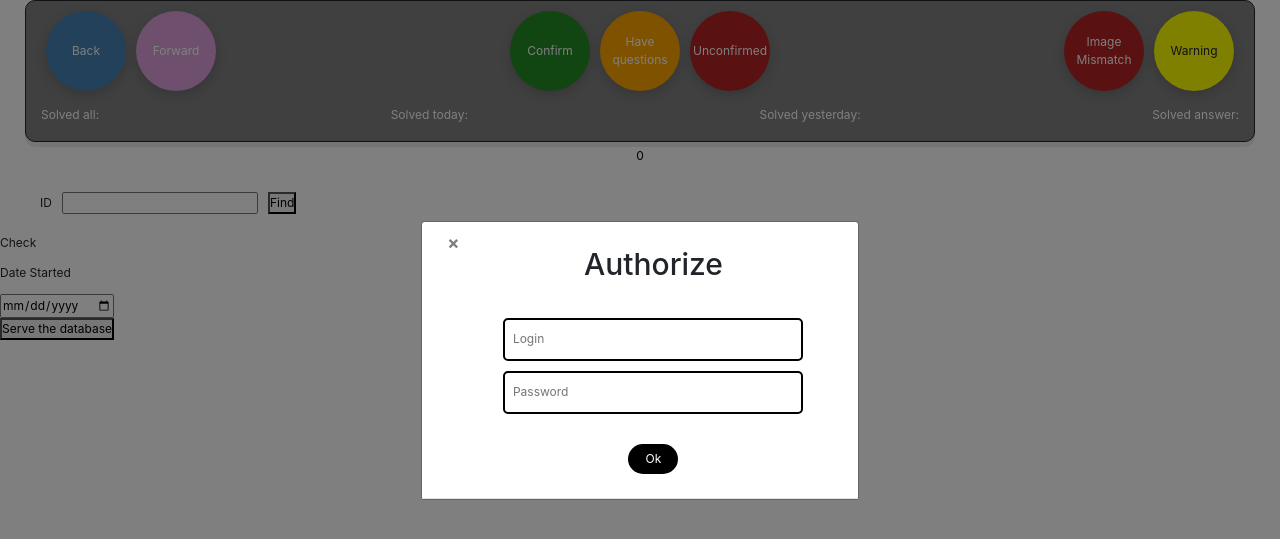
Repository: dmitryglitch/Product-Comparison
Page: /
These files come from the project's save history. The page is drawn as it stood at one moment and after the next save; the edit follows.
The browser window is 1280 px wide. The pictures show the whole page.
The page's requests for data from a server got no answer. The project was rebuilt for these pictures with package versions that can differ from the ones it lists, and the page was loaded fresh each time. No one was signed in, and anything a server would have sent is missing. Also part of the build but not shown: src/containers/App.css, src/components/Product/ProductOptions.jsx, src/components/Product/ProductImages.jsx, src/components/Product/ProductSpec.jsx, src/components/Product/Product.jsx.

Above is the page before, as saved 2020-02-17 20:18:42.

### src/index.js
import React from 'react';
import ReactDOM from 'react-dom';
import './index.css';
import App from './containers/App';
import * as serviceWorker from './serviceWorker';
import 'bootstrap/dist/css/bootstrap.min.css';
import $ from 'jquery';
import Popper from 'popper.js';
import 'bootstrap/dist/js/bootstrap.bundle.min';

import {createStore, applyMiddleware} from 'redux'
import {composeWithDevTools} from 'redux-devtools-extension';
import thunk from 'redux-thunk'

import reducer from './reducers'
import {Provider} from 'react-redux'

const store = createStore(reducer, composeWithDevTools(applyMiddleware(thunk)));

const rootElement = document.getElementById('root');
ReactDOM.render(
    <Provider store={store}>
        <App/>
    </Provider>,
    rootElement
);

// If you want your app to work offline and load faster, you can change
// unregister() to register() below. Note this comes with some pitfalls.
// Learn more about service workers: https://bit.ly/CRA-PWA
serviceWorker.unregister();

### src/index.css
html {
    height: 100vh;
    width: 100vw;
    font-size: 12px;
}

*, body {
    margin: 0;
    padding: 0;
    font-family: -apple-system, BlinkMacSystemFont, 'Segoe UI', 'Roboto', 'Oxygen',
    'Ubuntu', 'Cantarell', 'Fira Sans', 'Droid Sans', 'Helvetica Neue',
    sans-serif;
    -webkit-font-smoothing: antialiased;
    -moz-osx-font-smoothing: grayscale;
}

.root {
    display: grid;
    width: 100%;
}

code {
    font-family: source-code-pro, Menlo, Monaco, Consolas, 'Courier New',
    monospace;
}

.product-container {
    width: 100%;
    height: 100%;
    display: flex;
    justify-content: center;
    flex-direction: row;
}

.product-container-item {
    width: 50%;
    padding: 20px;
    margin: 25px;

    box-shadow: 0 5px 0 #ebebeb;
    display: flex;
    align-items: center;
    flex-direction: column;

    border: 1px solid;
    border-radius: 10px;
}


.product-container-item-name {
    width: 95%;
    height: fit-content;
    padding: 10px;

    display: flex;
    justify-content: center;
    align-items: center;
    text-align: center;
    flex-direction: column;
    box-shadow: 0 5px 0 #ebebeb;

    background-color: linen;
    border-radius: 10px;
}

/* OPTIONS */
.options-container-head {
    display: flex;
    justify-content: space-between;
    text-align: center;

    margin: 10px;
}

.options-container-head h4 {
    width: 50%;
}

.options-container {
    width: 95%;
    padding: 10px;

    display: flex;
    flex-direction: column;

    margin-top: 25px;
    background-color: aliceblue;
    border-radius: 10px;
    box-shadow: 0 5px 0 #ebebeb;
}

.options-item {
    display: flex;
    margin: 15px;
}

.options-item-name {
    width: 50%;
}

.options-item-value {
    width: 50%;
}

.options-name {
    font-weight: bold;
}

/* SPECS */
.specs-container-head {
    display: flex;
    justify-content: space-between;
    text-align: center;

    padding: 10px;
}

.specs-container-head h4 {
    width: 50%;
}

.specs-container {
    width: 95%;
    padding: 10px;

    display: flex;
    flex-direction: column;
    margin-top: 25px;

    box-shadow: 0 5px 0 #ebebeb;
    border-radius: 10px;
    background-color: lavenderblush;
}

.specs-item {
    display: flex;
    margin: 15px;
}

.specs-item-name {
    width: 50%;
}

.specs-item-value {
    width: 50%;
}

.specs-name {
    font-weight: bold;
}

.specs-notation {
    cursor: pointer;
    margin: 5px;
    text-align: center;
}

.product-container-item-name p {
    font-size: 12px;
}


.image-gallery.image-gallery-using-mouse {
    width: 100%;
}

.image-gallery-slide-wrapper.bottom {
    width: 400px;
    height: fit-content;
}

.image-gallery-content.bottom {
    position: relative;
    line-height: 0;
    top: 0;
    display: flex;
    flex-direction: column;
    align-items: center;
}

.image-gallery-thumbnails-container {
    display: flex;
    flex-wrap: wrap;
}

.image-gallery-thumbnail {
    width: 70px !important;
    height: 70px;
}

.line {
    width: 100%;
    height: 1px;
    background-color: black;
}

.image-gallery-container {
    margin: 25px;
}

.image-gallery.image-gallery-using-mouse {
    display: flex;
    justify-content: center;
    align-items: center;
}

.image-gallery-content.bottom.fullscreen {
    width: 50%;
}

.image-gallery-slide-wrapper.bottom {
    width: 100%;
}

/*BUTTON-BAR*/
.button-bar-content {
    display: flex;
    flex-direction: column;
    justify-content: space-between;
    padding: 5px 15px 5px 15px;
    margin: 0 25px 5px 25px;
    border: 1px solid;
    border-radius: 10px;
    background-color: gray;
    box-shadow: 0 5px 0 #ebebeb;
}

.button-bar-content-top {
    display: flex;
    justify-content: space-between;
}

.button-bar-content-center-bt {
    display: flex;
}

.button-bar-content-center button {
    margin: 5px;
}

.button-bar-info-content {
    text-align: center;
    color: black;
}

.button-bar-content-left button {
    width: 80px;
    height: 80px;
    margin: 5px;
    border-radius: 100px;
    cursor: pointer;
    box-shadow: 0px 4px 12px rgba(0, 0, 0, 0.17);
    border: 0;
    color: #fff;
}

.btn-back{
    background-color: steelblue;
}

.btn-forward{
    background-color: plum;
}

.btn-confirm {
    width: 80px;
    height: 80px;
    border-radius: 100px;
    background-color: forestgreen;
    cursor: pointer;
    box-shadow: 0px 4px 12px rgba(0, 0, 0, 0.17);
    border: 0;
    color: #fff;
}

.btn-questions {
    width: 80px;
    height: 80px;
    border-radius: 100px;
    background-color: orange;
    cursor: pointer;
    box-shadow: 0px 4px 12px rgba(0, 0, 0, 0.17);
    border: 0;
    color: #fff;
}

.btn-unconfirmed {
    width: 80px;
    height: 80px;
    border-radius: 100px;
    background-color: firebrick;
    cursor: pointer;
    box-shadow: 0px 4px 12px rgba(0, 0, 0, 0.17);
    border: 0;
    color: #fff;
}

.btn-warning {
    width: 80px;
    height: 80px;
    border-radius: 100px;
    background-color: yellow !important;
    cursor: pointer;
    box-shadow: 0px 4px 12px rgba(0, 0, 0, 0.17);
    border: 0;
    color: #000;
}

.btn-mismatch {
    width: 80px;
    height: 80px;
    border-radius: 100px;
    background-color: firebrick;
    cursor: pointer;
    box-shadow: 0px 4px 12px rgba(0, 0, 0, 0.17);
    border: 0;
    color: #fff;
}

.button-modal-auth {
    display: none;
}

.button-bar-content-right {
    display: flex;
}

.button-bar-content-right button {
    margin: 5px;
}

/*.button-bar-contaner {*/
/*    width: 100%;*/
/*    position: absolute;*/
/*    bottom: 0;*/
/*}*/

.logout {
    display: flex;
    justify-content: flex-end;
    align-items: center;
    padding: 10px;
}

.modal-body.modal-auth-body {
    text-align: center;
    justify-content: center;
    align-items: center;
    flex-direction: column;
    height: fit-content;
    width: 100%;
}

.auth-button {
    width: 50px;
}

.modal-body-input-form {
    display: flex;
    flex-direction: column;
    padding: 30px;
}

.modal-body-input-form input {
    width: 300px;
}

.modal-body-input-login {
    margin-bottom: 10px;
    border: 2px double;
    border-radius: 5px;
    padding: 10.5px 8px;
}

.modal-body-input-password {
    border: 2px double;
    border-radius: 5px;
    padding: 10.5px 8px;
}

.modal-auth {
    display: flex !important;
    width: 100%;
    height: 100%;
    justify-content: center;
    align-items: center;
}

.modal-auth-dialog {
    width: 500px;
}

.logout-user-name {

    margin-right: 10px;
}

.modal-header .close {
    padding: 5px;
    width: 40px;
    height: 40px;
}

.modal-body-input-form {
    display: flex;
    flex-direction: column;
    padding: 30px;
}

.modal-body-button-form button {
    width: 50px;
    background-color: #000;
    border: 0 solid transparent;
    cursor: pointer !important;
    color: #fff;
    border-radius: 100px;
    outline: none;
    height: 30px;
}

/*STATISTIC*/
.statistic-container {
    display: flex;
    justify-content: space-between;
    align-items: center;
    margin-top: 10px;
    color: #fff;
}

/* SEARCH */
.search-content {
    padding: 5px 15px 5px 15px;
    margin: 0 25px 5px 25px;
}

.search-content input{
    margin: 10px;
}

### src/reducers/index.js
import { combineReducers } from 'redux';
import product from './product';
import user from './user'

export default combineReducers({
    product,
    user
})

### src/components/ButtonBar/ButtonBar.jsx
import React from 'react'


const ButtonBar = ({
                       idCurrentCoupleProduct,
                       sendAnswerCoupleProduct,
                       getBackCoupleProducts,
                       getForwardCoupleProducts,
                       dateCoupleProducts,
                       answerUser,
                       statistics
                   }) => {

    const handleClick = (answer) => {
        sendAnswerCoupleProduct(idCurrentCoupleProduct, answer);
    };

    const handleClickOnBackButton = () => {
        getBackCoupleProducts(dateCoupleProducts)
    };

    const handleClickOnForwardButton = () => {
        getForwardCoupleProducts(dateCoupleProducts)
    };

    return (
        <>
            <div className="button-bar-content">
                <div className="button-bar-content-top">
                    <div className="button-bar-content-left">
                        <button className="btn-back" onClick={handleClickOnBackButton}>Back</button>
                        <button className="btn-forward" onClick={handleClickOnForwardButton}>Forward</button>
                    </div>
                    <div className="button-bar-content-center">
                        <div className="button-bar-content-center-bt">
                            <button className="btn-confirm" onClick={() => handleClick('confirm')}>Confirm</button>
                            <button className="btn-questions" onClick={() => handleClick('questions')}>Have questions
                            </button>
                            <button className="btn-unconfirmed" onClick={() => handleClick('unconfirmed')}>Unconfirmed
                            </button>
                        </div>
                    </div>
                    <div className="button-bar-content-right">
                        <button className="btn-mismatch" onClick={() => handleClick('unconfirmed_image')}>Image
                            Mismatch
                        </button>
                        <button className="btn-warning" onClick={() => handleClick('warning')}>Warning</button>
                    </div>
                </div>
                <div className="button-bar-content-down">
                    <div className="statistic-container">
                        <p>Solved all: {statistics.all}</p>
                        <p>Solved today: {statistics.today}</p>
                        <p>Solved yesterday: {statistics.yesterday}</p>
                        <p>Solved answer: {answerUser}</p>

                    </div>
                </div>
            </div>
            <div className="button-bar-info">
                <div className="button-bar-info-content">
                    <p>{idCurrentCoupleProduct}</p>
                </div>
            </div>
        </>
    )
};

export default ButtonBar;

### src/components/ModalAuth/ModalAuth.js
import React from "react";

class ModalAuth extends React.Component {
    state = {
        login: "",
        password: ""
    };

    authUser = () => {
        let {login, password} = this.state;
        this.props.onSendLoginUser(login, password);
    };

    handleChange = e => {
        let classNameInput = e.target.className;
        let valueInput = e.target.value;

        if (classNameInput === "modal-body-input-login") {
            this.setState({login: valueInput});
        } else {
            this.setState({password: valueInput});
        }
    };

    render() {
        return (
            <div
                className="modal fade modal-auth"
                id="modal-auth"
                tabIndex="-1"
                role="dialog"
                aria-labelledby="exampleModalLabel"
                aria-hidden="true"
                data-backdrop="static"
                data-keyboard="false"
            >
                <div className="modal-dialog modal-auth-dialog" role="document">
                    <div className="modal-content">
                        <div className="modal-header">
                            <button
                                type="button"
                                className="close"
                                data-dismiss="modal"
                                aria-label="Close"
                            >
                <span className="span-aria-hidden" aria-hidden="true">
                  &times;
                </span>
                            </button>
                            <div className="modal-body modal-auth-body">
                                <div className="modal-body-header">
                                    <h1>Authorize</h1>
                                </div>
                                <div className="modal-body-input-form">
                                    <input
                                        onChange={this.handleChange}
                                        className="modal-body-input-login"
                                        placeholder="Login"
                                        type="text"
                                    />
                                    <input
                                        onChange={this.handleChange}
                                        className="modal-body-input-password"
                                        placeholder="Password"
                                        type="password"
                                    />
                                </div>
                                <div className="modal-body-button-form">
                                    <button className="auth-button" onClick={this.authUser}>
                                        Ok
                                    </button>
                                </div>
                            </div>
                        </div>
                    </div>
                </div>
            </div>
        );
    }
}

export default ModalAuth;

### src/components/Search/Search.jsx
import React, {Component} from 'react';

class Search extends Component {
    state = {
        id: ''
    };

    handleClick = () => {
        this.props.searchCoupleProducts(this.state.id)
    };

    render() {
        return (
            <>
                <div className="search-content">
                    <span>ID</span>
                    <input onChange={(e) => { this.setState({id: e.target.value}) }} type="text"/>
                    <button onClick={this.handleClick}>Find</button>
                </div>
            </>
        )
    }

}

export default Search;

### src/components/Review/Review.js
import React, { Component } from "react";
import Inputs from "./Inputs";

class Review extends Component {
  render() {
    return (
      <>
        <div className="eview-content-head">
          <p>Check</p>
        </div>
        <div className="review-content">
          <div className="review-content-left">
            <Inputs />
            <button>Serve the database</button>
          </div>
          <div className="review-content-right"></div>
        </div>
      </>
    );
  }
}

export default Review;

### src/actions/user.js
export const sendUserLogin = (userName, password) => dispatch => {
    dispatch({type: 'SEND_LOGIN_USER_STARTED'});

    let data = new FormData();
    data.append('userName', userName);
    data.append('password', password);

    fetch(
        'http://match-dev.protarget.pro/backend/isLogined.php', {
            method: "POST",
            credentials: 'same-origin',
            headers: {Accept: "application/json"},
            body: data,
        })
        .then(res => res.json())
        .then(json => {
            console.log(json);
            if (json.result === 'ok') {
                dispatch({type: 'SEND_LOGIN_USER_SUCCESS', payload: json.userName});
                window.location.reload();
            } else {
                // console.log(json.errtext);
                alert(json.errtext)
            }
        })
        .catch(error => dispatch({type: 'SEND_LOGIN_USER_ERROR', payload: error}));
};

export const logOut = (userName, password) => dispatch => {
    dispatch({type: 'LOGOUT_USER_STARTED'});

    let data = new FormData();
    data.append('userName', userName);
    data.append('password', password);

    fetch(
        'http://match-dev.protarget.pro/backend/logOut.php', {
            method: "POST",
            credentials: 'same-origin',
            headers: {Accept: "application/json"},
            body: data,
        })
        .then(res => res.json())
        .then(json => {
            console.log(json);
            if (json.result === 'ok') {
                dispatch({type: 'LOGOUT_USER_SUCCESS', payload: json.userName});
                window.location.reload();
            } else {
                // console.log(json.errtext);
                alert(json.errtext)
            }
        })
        .catch(error => dispatch({type: 'LOGOUT_USER_ERROR', payload: error}));
};

### src/actions/buttonbar.js
import { getCoupleProducts } from "./product";

export const sendAnswerCoupleProduct = (id, answer) => dispatch => {
  dispatch({ type: "SEND_ANSWER_STARTED" });
  console.log("ID", id);
  console.log("ANSWER", answer);

  let data = new FormData();
  data.append("id", id);
  data.append("answer", answer);

  fetch("http://match-dev.protarget.pro/backend/setUserAnswer.php", {
    method: "POST",
    credentials: "same-origin",
    headers: { Accept: "application/json" },
    body: data
  })
    .then(res => res.json())
    .then(json => {
      dispatch({ type: "SEND_ANSWER_SUCCESS", payload: data });
      console.log(json);

      if (json.check === true) {
        dispatch(getCoupleProducts());
      }
    })
    .catch(error => {
      dispatch({ type: "SEND_ANSWER_ERROR", payload: error });
      alert(error);
    });
};

### src/reducers/product.js
const initialState = {
    isFetching: false,
    isError: null,
    id: 0,
    date: null,
    answerUser: null,
    statistics: {},
    id_answer: 0,
    result: null,
    massProducts: null
};

const product = (state = initialState, action) => {
    switch (action.type) {
        case 'GET_COUPLE_PRODUCTS_SUCCESS':
            return {
                ...state,
                isFetching: false,
                isError: null,
                isLogin: true,
                id: action.payload.id,
                date: action.payload.date,
                answerUser: action.payload.answerUser,
                statistics: action.payload.statistics,
                id_answer: action.payload.id_answer,
                result: action.payload.result,
                massProducts: action.payload.massProducts
            };

        case 'GET_BACK_COUPLE_PRODUCTS_SUCCESS':
            return {
                ...state,
                isFetching: false,
                isError: null,
                isLogin: true,
                id: action.payload.id,
                date: action.payload.date,
                answerUser: action.payload.answerUser,
                statistics: action.payload.statistics,
                id_answer: action.payload.id_answer,
                result: action.payload.result,
                massProducts: action.payload.massProducts
            };

        case 'GET_FORWARD_COUPLE_PRODUCTS_SUCCESS':
            return {
                ...state,
                isFetching: false,
                isError: null,
                isLogin: true,
                id: action.payload.id,
                date: action.payload.date,
                answerUser: action.payload.answerUser,
                statistics: action.payload.statistics,
                id_answer: action.payload.id_answer,
                result: action.payload.result,
                massProducts: action.payload.massProducts
            };

        case 'SEARCH_COUPLE_PRODUCTS_SUCCESS':
            return {
                ...state,
                isFetching: false,
                isError: null,
                isLogin: true,
                id: action.payload.id,
                date: action.payload.date,
                answerUser: action.payload.answerUser,
                statistics: action.payload.statistics,
                id_answer: action.payload.id_answer,
                result: action.payload.result,
                massProducts: action.payload.massProducts
            };

        case 'GET_COUPLE_PRODUCTS_STATED':
        case 'GET_BACK_COUPLE_PRODUCTS_STATED':
        case 'GET_FORWARD_COUPLE_PRODUCTS_STATED':
        case 'SEARCH_COUPLE_PRODUCTS_STATED':
            return {
                ...state,
                isFetching: true,
                isError: null
            };

        case 'GET_COUPLE_PRODUCTS_LOGIN_ERROR':
        case 'GET_BACK_COUPLE_PRODUCTS_LOGIN_ERROR':
        case 'GET_FORWARD_COUPLE_PRODUCTS_LOGIN_ERROR':
        case 'SEARCH_PRODUCTS_LOGIN_ERROR':
            return {
                ...state,
                isFetching: true,
                isError: null,
                isLogin: false
            };

        case 'GET_COUPLE_PRODUCTS_ERROR':
        case 'GET_BACK_COUPLE_PRODUCTS_ERROR':
        case 'GET_FORWARD_COUPLE_PRODUCTS_ERROR':
        case 'SEARCH_COUPLE_PRODUCTS_ERROR':
            return {
                ...state,
                isFetching: false,
                isError: action.payload
            };

        default:
            return state;
    }
};

export default product

### src/reducers/user.js
const initialState = {
    userName: '',
    isLogin: false,
    isFetching: true,
    isError: null
};

const user = (state = initialState, action) => {
    switch (action.type) {
        case 'SEND_LOGIN_USER_SUCCESS':
            return {
                ...state,
                userName: action.payload,
                isFetching: false,
                isError: null,
                isLogin: true,
            };

        case 'LOGOUT_USER_SUCCESS':
            return {
                ...state,
                userName: '',
                isFetching: false,
                isError: null,
                isLogin: false,
            };

        case 'SEND_LOGIN_USER_STARTED':
        case 'LOGOUT_USER_STARTED':
            return {
                ...state,
                isFetching: true,
                isError: null
            };

        case 'SEND_LOGIN_USER_ERROR':
        case 'LOGOUT_USER_ERROR':
            return {
                ...state,
                isFetching: false,
                isError: action.payload
            };


        default:
            return state;
    }

};

export default user

### src/components/Review/Inputs.jsx
import React from "react";

const Inputs = () => {
  return (
    <>
      <div className="review-inputs-container">
        <div className="input-started">
            <p>Date Started</p>
            <input type="date"/>
        </div>
      </div>
    </>
  );
};

export default Inputs;

Loaded but not shown: public/index.html (common file); src/serviceWorker.js (common file); src/actions/product.js (158 lines, source omitted); src/containers/App.js (127 lines, source omitted)

After the next save:
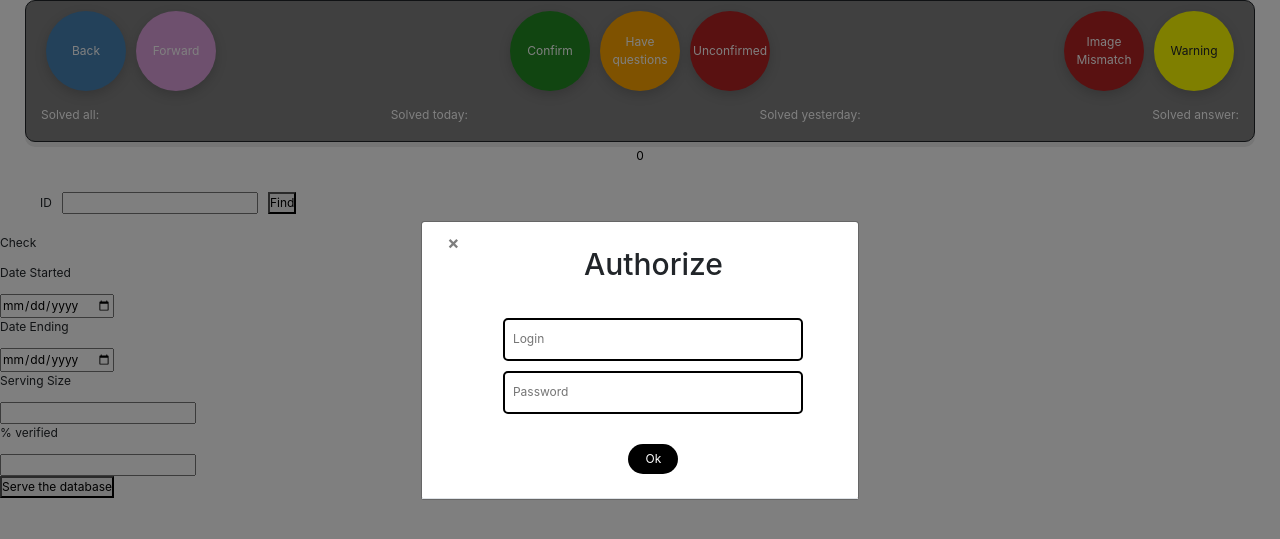
Saved 2 min 5 s later.
--- a/src/components/Review/Inputs.jsx
+++ b/src/components/Review/Inputs.jsx
@@ -8,6 +8,18 @@ const Inputs = () => {
             <p>Date Started</p>
             <input type="date"/>
         </div>
+        <div className="input-ending">
+            <p>Date Ending</p>
+            <input type="date"/>
+        </div>
+        <div className="input-serving-size">
+            <p>Serving Size</p>
+            <input type="text"/>
+        </div>
+        <div className="input-percent">
+            <p>% verified</p>
+            <input type="text"/>
+        </div>
       </div>
     </>
   );
